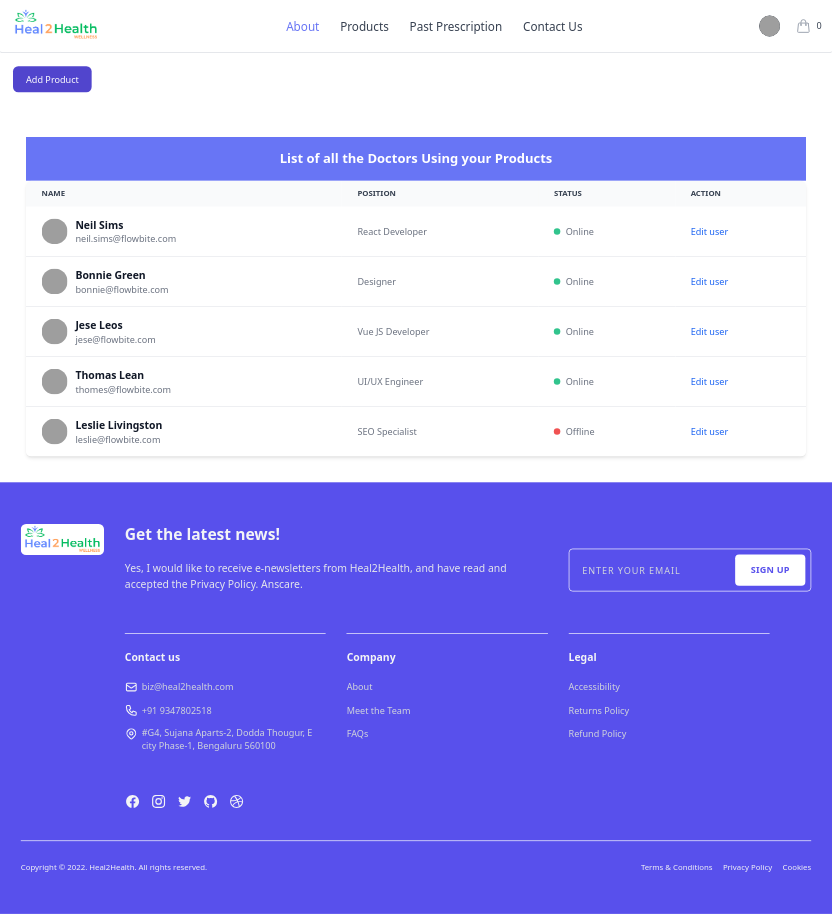
Repository: Akash123-coder/H2H
Page: /dealer (app in Frontend/)
These files come from the project's save history. The page is drawn as it stood at one moment and after the next save; the edit follows.
The browser window is 1280 px wide. The pictures show the whole page, at 65% of full size.
Pictures or frames that could not be fetched are drawn as grey boxes. The project was rebuilt for these pictures with package versions that can differ from the ones it lists, and the page was loaded fresh each time. Also part of the build but not shown: Frontend/vite.config.ts, Frontend/src/pages/About.tsx, Frontend/src/components/Cta.jsx, Frontend/src/pages/Home.jsx, Frontend/src/components/Product.tsx, Frontend/src/components/Select.jsx, Frontend/src/components/CompanySelect.jsx, Frontend/src/pages/Prescription.jsx and 7 more.

Above is the page before, as saved 2022-10-12 18:01:33.

### Frontend/index.html
<!DOCTYPE html>
<html lang="en">
  <head>
    <meta charset="UTF-8" />
    <link rel="icon" type="image/svg+xml" href="/vite.svg" />
    <meta name="viewport" content="width=device-width, initial-scale=1.0" />
    <title>Heal2Health</title>
  </head>
  <body>
    <div id="root"></div>
    <script type="module" src="/src/main.tsx"></script>
  </body>
</html>

### Frontend/src/main.tsx
import React from 'react'
import ReactDOM from 'react-dom/client'
import App from './App'
import './index.css'
import {BrowserRouter} from 'react-router-dom'

ReactDOM.createRoot(document.getElementById('root') as HTMLElement).render(
  <React.StrictMode>
    <BrowserRouter>
    <App />
    </BrowserRouter>
  </React.StrictMode>
)

### Frontend/src/App.jsx
import { Routes, Route } from "react-router-dom";
import Navbar from "./components/Navbar.jsx";
import { ShoppingCartProvider } from "./context/ShoppingCartContext";
import About from "./pages/About";
import Home from "./pages/Home";
import Prescription from "./pages/Prescription";
import SignUp from "./pages/SignUp";
import Footer from "./components/Footer";
import Login from "./pages/Login";
import PastPrescription from "./pages/PastPrescription.jsx";

import ProductPage from "./pages/ProductPage.jsx";
import DealerPage from "./pages/DealerPage.jsx";

function App() {
  return (
    <ShoppingCartProvider>
      <Navbar />
      <Routes>
        <Route path="/" element={<Home />} />
        <Route path="/prescription" element={<Prescription />} />
        <Route path="/about" element={<About />} />
        <Route path="/login" element={<Login />} />
        <Route path="/SignUp" element={<SignUp />} />
        <Route path="/pastprescription" element={<PastPrescription />} />
        <Route path="/ProductPage" element={<ProductPage />} />
        <Route path="/dealer" element={<DealerPage />} />
        {/* <Route path="/SignUp" element={<CompanyNameSelect />} /> */}
      </Routes>
      <Footer />
    </ShoppingCartProvider>
  );
}

export default App;

### Frontend/src/context/ShoppingCartContext.tsx
import {useContext ,useState, createContext ,ReactNode} from 'react'

const ShoppingCartContext = createContext({})

type ShoppingCartProviderProps ={
    children: ReactNode
}
type CartItem = {
    id: number
    quantity:number
}


type ShoppingCartContext ={
    CartQuantity:number
    CartItems:CartItem[]
    getItemQuantity:(id: number) => number
    increaseItemQuantity:(id: number) => void
    decreaseItemQuantity:(id: number) => void
    removeFromCart:(id: number) => void
}

export function useShoppingCart() {
  return ( useContext(ShoppingCartContext)
  )
}

export function ShoppingCartProvider({children}:ShoppingCartProviderProps){
    const [cartItems ,setCartItems] = useState<CartItem>([]);

    const CartQuantity = cartItems.reduce(
        (quantity ,item) => item.quantity + quantity,0
    )

    function getItemQuantity(id : number){
        return cartItems.find( item => item.id === id)?.quantity || 0
    }
    function increaseItemQuantity(id : number){
         setCartItems(currItems =>{
            if(currItems.find(item => item.id === id)==null){
                return [...currItems, {id , quantity : 1}]

            } else {
                return currItems.map(item =>{
                    if(item.id === id ){
                        return {...item ,quantity: item.quantity + 1}
                    }else{
                        return item
                    }
                })
            }
         })
    }
    function decreaseItemQuantity(id: number) {
        setCartItems(currItems => {
          if (currItems.find(item => item.id === id)?.quantity === 1) {
            return currItems.filter(item => item.id !== id)
          } else {
            return currItems.map(item => {
              if (item.id === id) {
                return { ...item, quantity: item.quantity - 1 }
              } else {
                return item
              }
            })
          }
        })
      }
    function removeFromCart(id : number){
        setCartItems(currItems =>{
            return currItems.filter(item =>item.id!==id)
        })
    }
    return (

        <ShoppingCartContext.Provider value = {{getItemQuantity,increaseItemQuantity,decreaseItemQuantity ,removeFromCart,cartItems,CartQuantity}}>
            {children}
        </ShoppingCartContext.Provider>
    )
}

### Frontend/src/pages/DealerPage.jsx
import React from 'react'
import DealerAddProduct from '../components/DealerAddProduct'
import List from '../components/List'
import { useState } from 'react'

function DealerPage() {
  const [Clicked, setClicked] = useState(false)
  const HandleClick =()=>{

  }

  return (
    <div>

      <div className="p-5 w-full flex ">
        {Clicked ? (
          <div className="flex-1">
            <DealerAddProduct />
          </div>
        ) : (
          <button
          onClick={()=>setClicked(!Clicked)}
            class="text-white bg-indigo-700 hover:bg-indigo-800 focus:ring-4 focus:ring-indigo-300 font-medium rounded-lg text-sm px-5 py-2.5 mr-2 mb-2 dark:bg-indigo-600 dark:hover:bg-indigo-700 focus:outline-none dark:focus:ring-indigo-800"
            type="button"
          >
            Add Product
          </button>
        )}
      </div>
      <div className="p-10 ">
        <List />
      </div>
    </div>
  );
}

export default DealerPage

### Frontend/src/components/List.jsx
import React from 'react'

function List() {
  return (
    <div>

    <div className="p-5 w-full sticky overflow-x-auto text-center text-white bg-indigo-500 text-xl font-bold">
        <p>List of all the Doctors Using your Products</p>
    </div>
<div className="overflow-x-auto relative shadow-md sm:rounded-lg">
    <table className="w-full text-sm text-left text-gray-500 dark:text-gray-400">
        <thead className="text-xs text-gray-700 uppercase bg-gray-50 dark:bg-gray-700 dark:text-gray-400">
            <tr>
                <th scope="col" className="py-3 px-6">
                    Name
                </th>
                <th scope="col" className="py-3 px-6">
                    Position
                </th>
                <th scope="col" className="py-3 px-6">
                    Status
                </th>
                <th scope="col" className="py-3 px-6">
                    Action
                </th>
            </tr>
        </thead>
        <tbody>
            <tr className="bg-white border-b dark:bg-gray-800 dark:border-gray-700 hover:bg-gray-50 dark:hover:bg-gray-600">

                <th scope="row" className="flex items-center py-4 px-6 text-gray-900 whitespace-nowrap dark:text-white">
                    <img className="w-10 h-10 rounded-full" src="http://begmetobuyit.com/application/css/images/noImage.jpg" alt="Jese image"/>
                    <div className="pl-3">
                        <div className="text-base font-semibold">Neil Sims</div>
                        <div className="font-normal text-gray-500">neil.sims@flowbite.com</div>
                    </div>
                </th>
                <td className="py-4 px-6">
                    React Developer
                </td>
                <td className="py-4 px-6">
                    <div className="flex items-center">
                        <div className="h-2.5 w-2.5 rounded-full bg-green-400 mr-2"></div> Online
                    </div>
                </td>
                <td className="py-4 px-6">
                    <a href="#" className="font-medium text-blue-600 dark:text-blue-500 hover:underline">Edit user</a>
                </td>
            </tr>
            <tr className="bg-white border-b dark:bg-gray-800 dark:border-gray-700 hover:bg-gray-50 dark:hover:bg-gray-600">

                <th scope="row" className="flex items-center py-4 px-6 font-medium text-gray-900 whitespace-nowrap dark:text-white">
                    <img className="w-10 h-10 rounded-full" src="http://begmetobuyit.com/application/css/images/noImage.jpg" alt="Jese image"/>
                    <div className="pl-3">
                        <div className="text-base font-semibold">Bonnie Green</div>
                        <div className="font-normal text-gray-500">bonnie@flowbite.com</div>
                    </div>
                </th>
                <td className="py-4 px-6">
                    Designer
                </td>
                <td className="py-4 px-6">
                    <div className="flex items-center">
                        <div className="h-2.5 w-2.5 rounded-full bg-green-400 mr-2"></div> Online
                    </div>
                </td>
                <td className="py-4 px-6">
                    <a href="#" className="font-medium text-blue-600 dark:text-blue-500 hover:underline">Edit user</a>
                </td>
            </tr>
            <tr className="bg-white border-b dark:bg-gray-800 dark:border-gray-700 hover:bg-gray-50 dark:hover:bg-gray-600">

                <th scope="row" className="flex items-center py-4 px-6 font-medium text-gray-900 whitespace-nowrap dark:text-white">
                    <img className="w-10 h-10 rounded-full" src="http://begmetobuyit.com/application/css/images/noImage.jpg" alt="Jese image"/>
                    <div className="pl-3">
                        <div className="text-base font-semibold">Jese Leos</div>
                        <div className="font-normal text-gray-500">jese@flowbite.com</div>
                    </div>
                </th>
                <td className="py-4 px-6">
                    Vue JS Developer
                </td>
                <td className="py-4 px-6">
                    <div className="flex items-center">
                        <div className="h-2.5 w-2.5 rounded-full bg-green-400 mr-2"></div> Online
                    </div>
                </td>
                <td className="py-4 px-6">
                    <a href="#" className="font-medium text-blue-600 dark:text-blue-500 hover:underline">Edit user</a>
                </td>
            </tr>
            <tr className="bg-white border-b dark:bg-gray-800 dark:border-gray-700 hover:bg-gray-50 dark:hover:bg-gray-600">

                <th scope="row" className="flex items-center py-4 px-6 font-medium text-gray-900 whitespace-nowrap dark:text-white">
                    <img className="w-10 h-10 rounded-full" src="http://begmetobuyit.com/application/css/images/noImage.jpg" alt="Jese image"/>
                    <div className="pl-3">
                        <div className="text-base font-semibold">Thomas Lean</div>
                        <div className="font-normal text-gray-500">thomes@flowbite.com</div>
                    </div>
                </th>
                <td className="py-4 px-6">
                    UI/UX Engineer
                </td>
                <td className="py-4 px-6">
                    <div className="flex items-center">
                        <div className="h-2.5 w-2.5 rounded-full bg-green-400 mr-2"></div> Online
                    </div>
                </td>
                <td className="py-4 px-6">
                    <a href="#" className="font-medium text-blue-600 dark:text-blue-500 hover:underline">Edit user</a>
                </td>
            </tr>
            <tr className="bg-white dark:bg-gray-800 hover:bg-gray-50 dark:hover:bg-gray-600">

                <th scope="row" className="flex items-center py-4 px-6 font-medium text-gray-900 whitespace-nowrap dark:text-white">
                    <img className="w-10 h-10 rounded-full" src="http://begmetobuyit.com/application/css/images/noImage.jpg" alt="Jese image"/>
                    <div className="pl-3">
                        <div className="text-base font-semibold">Leslie Livingston</div>
                        <div className="font-normal text-gray-500">leslie@flowbite.com</div>
                    </div>
                </th>
                <td className="py-4 px-6">
                    SEO Specialist
                </td>
                <td className="py-4 px-6">
                    <div className="flex items-center">
                        <div className="h-2.5 w-2.5 rounded-full bg-red-500 mr-2"></div> Offline
                    </div>
                </td>
                <td className="py-4 px-6">
                    <a href="#" className="font-medium text-blue-600 dark:text-blue-500 hover:underline">Edit user</a>
                </td>
            </tr>
        </tbody>
    </table>
</div>

    </div>
  )
}

export default List

### Frontend/tailwind.config.cjs
/** @type {import('tailwindcss').Config} */
module.exports = {
  content: [
    "./src/**/*.{js,jsx,ts,tsx}",
    "node_modules/flowbite-react/**/*.{js,jsx,ts,tsx}",
  ],
  theme: {
    extend: {},
  },
  plugins: [require("flowbite/plugin"), require("@tailwindcss/forms")],
};

### Frontend/src/components/DealerAddProduct.jsx
import React from 'react'

function DealerAddProduct() {
  return (
    <div>
      {/* <!-- drawer init and show --> */}
      <div class="text-center">
        <button
          class="text-white bg-indigo-700 hover:bg-indigo-800 focus:ring-4 focus:ring-indigo-300 font-medium rounded-lg text-sm px-5 py-2.5 mr-2 mb-2 dark:bg-indigo-600 dark:hover:bg-indigo-700 focus:outline-none dark:focus:ring-indigo-800"
          type="button"
          data-drawer-target="drawer-form"
          data-drawer-show="drawer-form"
          aria-controls="drawer-form"
        >
          Add Product
        </button>
      </div>
      {/*
<!-- drawer component --> */}
      <div
        id="drawer-form"
        class="fixed z-40 h-screen p-4 overflow-y-auto bg-white w-80 dark:bg-gray-800 transition-transform left-0 top-0 -translate-x-full"
        tabindex="-1"
        aria-labelledby="drawer-form-label"
        aria-hidden="true"
      />
      <h5
        id="drawer-label"
        class="inline-flex items-center mb-6 text-base font-semibold text-gray-500 uppercase dark:text-gray-400"
      >
        <svg
          class="w-5 h-5 mr-2"
          aria-hidden="true"
          fill="currentColor"
          viewBox="0 0 20 20"
          xmlns="http://www.w3.org/2000/svg"
        >
          <path
            fill-rule="evenodd"
            d="M18 10a8 8 0 11-16 0 8 8 0 0116 0zm-7-4a1 1 0 11-2 0 1 1 0 012 0zM9 9a1 1 0 000 2v3a1 1 0 001 1h1a1 1 0 100-2v-3a1 1 0 00-1-1H9z"
            clip-rule="evenodd"
          ></path>
        </svg>
        New Product
      </h5>
      <button
        type="button"
        data-drawer-dismiss="drawer-form"
        aria-controls="drawer-form"
        class="text-gray-400 bg-transparent hover:bg-gray-200 hover:text-gray-900 rounded-lg text-sm p-1.5 absolute top-2.5 right-2.5 inline-flex items-center dark:hover:bg-gray-600 dark:hover:text-white"
      >
        <svg
          aria-hidden="true"
          class="w-5 h-5"
          fill="currentColor"
          viewBox="0 0 20 20"
          xmlns="http://www.w3.org/2000/svg"
        >
          <path
            fill-rule="evenodd"
            d="M4.293 4.293a1 1 0 011.414 0L10 8.586l4.293-4.293a1 1 0 111.414 1.414L11.414 10l4.293 4.293a1 1 0 01-1.414 1.414L10 11.414l-4.293 4.293a1 1 0 01-1.414-1.414L8.586 10 4.293 5.707a1 1 0 010-1.414z"
            clip-rule="evenodd"
          ></path>
        </svg>
        <span class="sr-only">Close menu</span>
      </button>
      <form action="#" class="mb-6">
        <div class="relative mb-6">
          <fieldset className="w-full space-y-1 dark:text-gray-100">
            <label for="files" className="block text-sm font-medium">
              Add images
            </label>
            <div className="flex">
              <input
                type="file"
                name="files"
                id="files"
                className="px-8 py-12 border-2 border-dashed rounded-md dark:border-gray-700 dark:text-gray-400 dark:bg-gray-800"
              />
            </div>
          </fieldset>
        </div>
        <div className="mb-4">
          <label
            for="companies"
            class="block mb-2 text-sm font-medium text-gray-900 dark:text-gray-400"
          >
            Select company
          </label>
          <select
            id="companies"
            class="bg-gray-50 border border-gray-300 text-gray-900 text-sm rounded-lg focus:ring-blue-500 focus:border-blue-500 block w-full p-2.5 dark:bg-gray-700 dark:border-gray-600 dark:placeholder-gray-400 dark:text-white dark:focus:ring-blue-500 dark:focus:border-blue-500"
          >
            <option>Choose a company</option>
            <option>company </option>
            <option>company</option>
            <option>company</option>
            <option>company</option>
          </select>
        </div>
        <div class="mb-6">
          <label
            for="title"
            class="block mb-2 text-sm font-medium text-gray-900 dark:text-gray-300"
          >
            Title
          </label>
          <input
            type="text"
            id="title"
            class="bg-gray-50 border border-gray-300 text-gray-900 text-sm rounded-lg focus:ring-indigo-500 focus:border-indigo-500 block w-full p-2.5 dark:bg-gray-700 dark:border-gray-600 dark:placeholder-gray-400 dark:text-white dark:focus:ring-indigo-500 dark:focus:border-indigo-500"
            placeholder="anscare gel"
            required=""
          />
        </div>
        <div class="mb-6">
          <label
            for="description"
            class="block mb-2 text-sm font-medium text-gray-900 dark:text-gray-400"
          >
            Description
          </label>
          <textarea
            id="description"
            rows="4"
            class="block p-2.5 w-full text-sm text-gray-900 bg-gray-50 rounded-lg border border-gray-300 focus:ring-indigo-500 focus:border-indigo-500 dark:bg-gray-700 dark:border-gray-600 dark:placeholder-gray-400 dark:text-white dark:focus:ring-indigo-500 dark:focus:border-indigo-500"
            placeholder="Write product description..."
          ></textarea>
        </div>

        <div class="mb-4">
          <div class="relative">
            <input
              type="search"
              id="guests"
              class="block p-2.5 w-full text-sm text-gray-900 bg-gray-50 rounded-lg border border-gray-300 focus:ring-indigo-500 focus:border-indigo-500 dark:bg-gray-700 dark:border-gray-600 dark:placeholder-gray-400 dark:text-white dark:focus:ring-indigo-500 dark:focus:border-indigo-500"
              placeholder="Add Product Feature"
              required=""
            />
            <button
              type="button"
              class="absolute inline-flex items-center px-3 py-1 text-sm font-medium text-white bg-indigo-700 rounded-lg right-2 bottom-2 hover:bg-indigo-800 focus:ring-4 focus:outline-none focus:ring-indigo-300 dark:bg-indigo-600 dark:hover:bg-indigo-700 dark:focus:ring-indigo-800"
            >
              Add
            </button>
          </div>
        </div>
        <div className="mb-4">
          <fieldset className="w-full space-y-1 dark:text-gray-100">
            <label for="price" className="block text-sm font-medium">
              Reimburcement price
            </label>
            <div className="flex">
              <input
                type="text"
                name="price"
                id="price"
                placeholder="99 999,99"
                className="flex flex-1  text-right border sm:text-sm rounded-l-md focus:ring-inset border-gray-300 dark:text-gray-100 dark:bg-gray-800 focus:ring-violet-400"
              />
              <span className="flex items-center px-3 pointer-events-none sm:text-sm text-white rounded-r-md bg-indigo-700">
                ₹
              </span>
            </div>
          </fieldset>
        </div>
        <button
          type="submit"
          class="text-white justify-center flex items-center bg-indigo-700 hover:bg-indigo-800 w-full focus:ring-4 focus:ring-indigo-300 font-medium rounded-lg text-sm px-5 py-2.5 mr-2 mb-2 dark:bg-indigo-600 dark:hover:bg-indigo-700 focus:outline-none dark:focus:ring-indigo-800"
        >
          {" "}
          Create product
        </button>
      </form>
    </div>
  );
}

export default DealerAddProduct

Loaded but not shown: Frontend/src/index.css (common file); Frontend/src/components/Footer.jsx (300 lines, source omitted); Frontend/src/pages/Cart.jsx (227 lines, source omitted); Frontend/src/components/Navbar.jsx (181 lines, source omitted)

After the next save:
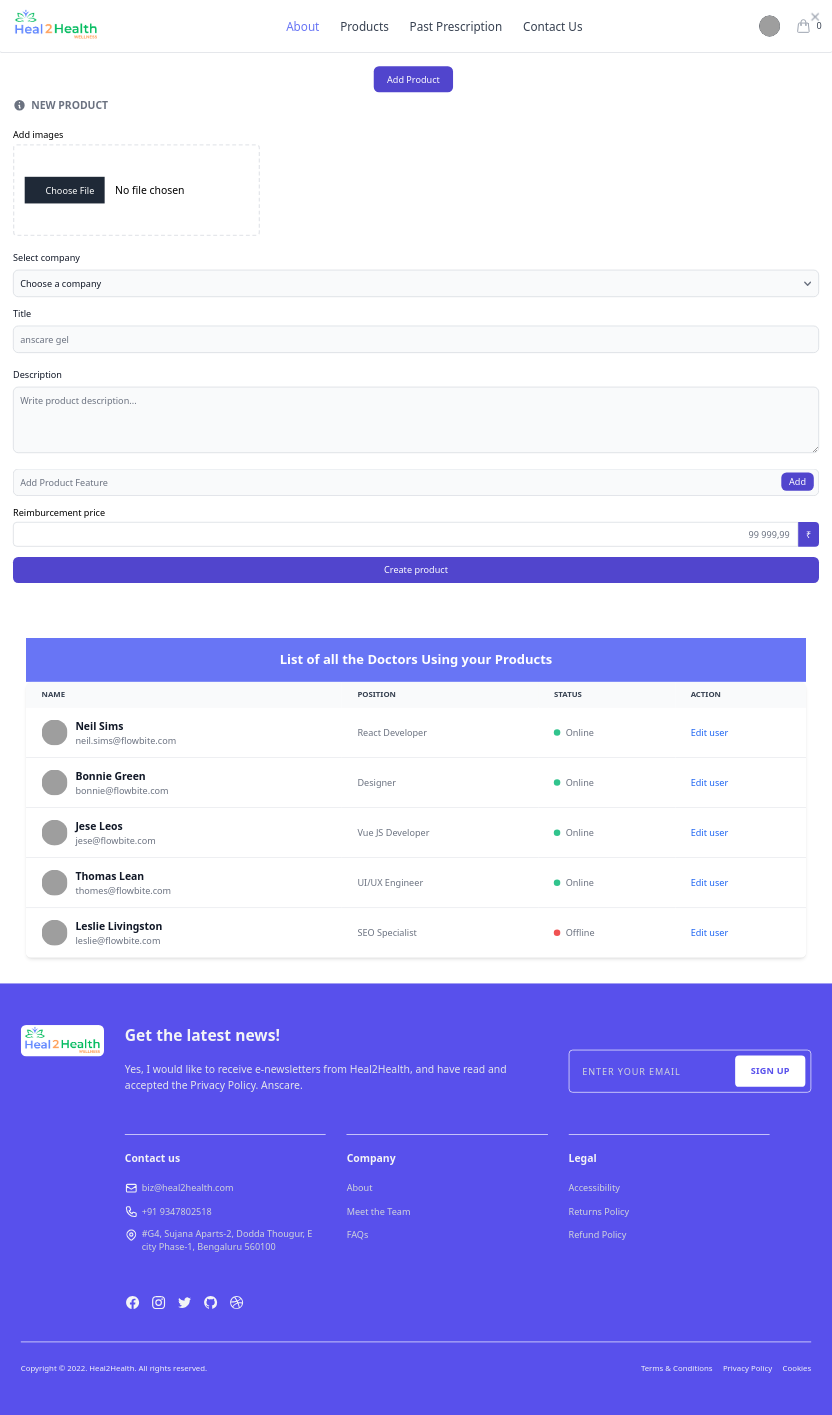
Saved 27 s later.
--- a/Frontend/src/pages/DealerPage.jsx
+++ b/Frontend/src/pages/DealerPage.jsx
@@ -13,7 +13,7 @@
     <div>
 
       <div className="p-5 w-full flex ">
-        {Clicked ? (
+        {!Clicked ? (
           <div className="flex-1">
             <DealerAddProduct />
           </div>

After the save that followed:
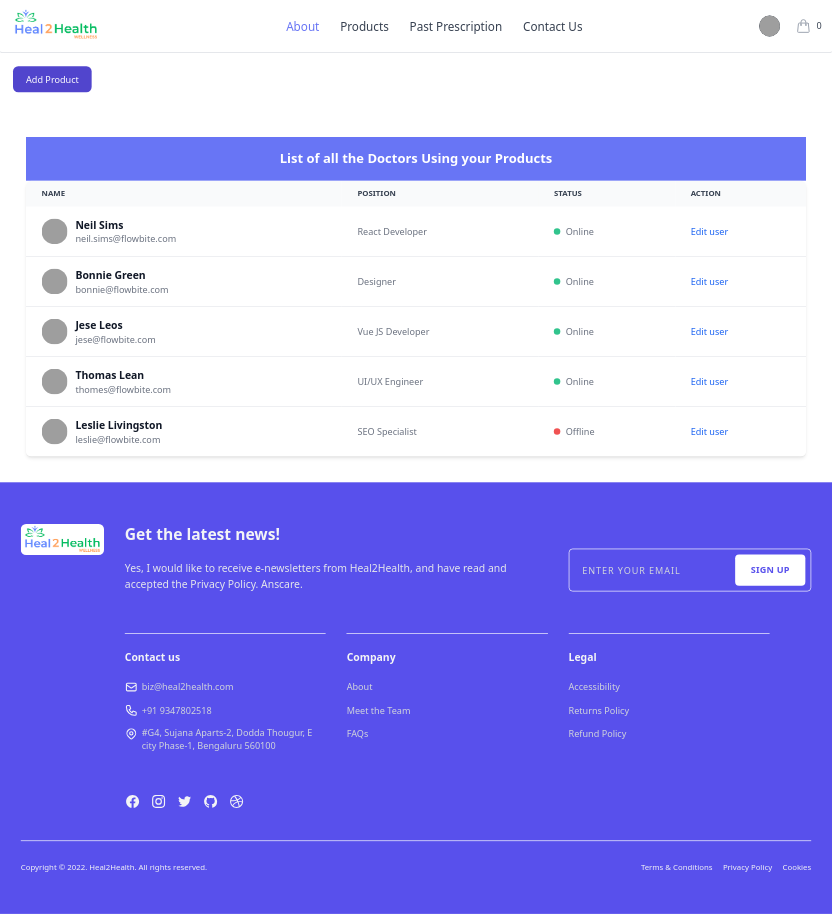
Saved 81 s later.
--- a/Frontend/src/pages/DealerPage.jsx
+++ b/Frontend/src/pages/DealerPage.jsx
@@ -5,17 +5,15 @@
 
 function DealerPage() {
   const [Clicked, setClicked] = useState(false)
-  const HandleClick =()=>{
 
-  }
 
   return (
     <div>
 
       <div className="p-5 w-full flex ">
-        {!Clicked ? (
+        {Clicked ? (
           <div className="flex-1">
-            <DealerAddProduct />
+            <DealerAddProduct click={Clicked} setClicked={setClicked} />
           </div>
         ) : (
           <button
